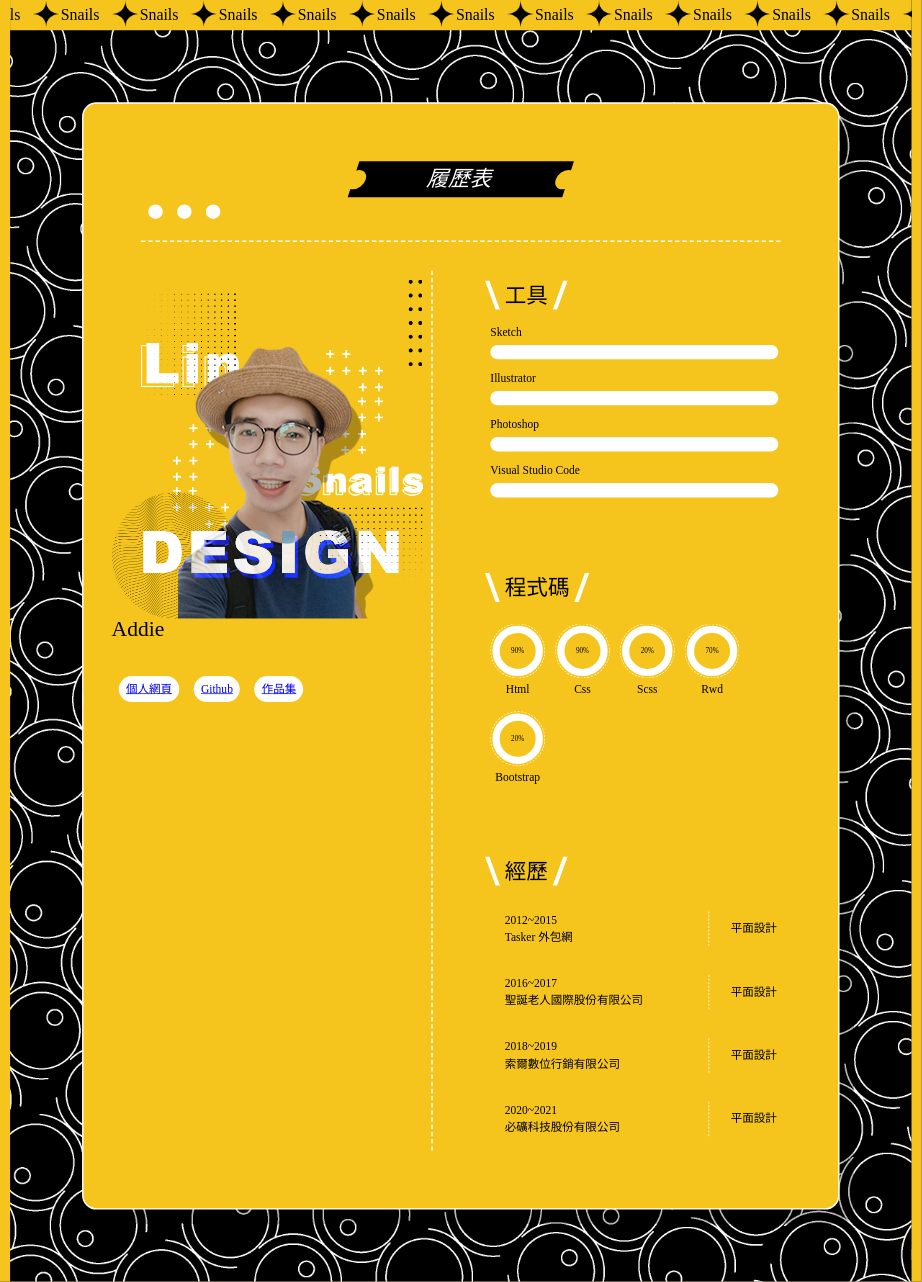
Repository: addie1988/resume
Page: index.html
The author's editor kept a copy of each file at every save. The page is drawn from the files as they stood at one save, then again after the next save.
The browser window is 1280 px wide. The pictures show the whole page, at 72% of full size.

Above is the page before, as saved 2021-11-24 11:53:47.
Not found: js/style.js

### index.html
<!DOCTYPE html>
<html lang="en">

<head>
    <meta charset="UTF-8">
    <meta http-equiv="X-UA-Compatible" content="IE=edge">
    <meta name="viewport" content="width=device-width, initial-scale=1.0">
    <title>ADDIE</title>
    <link rel="stylesheet" type="text/css" href="./css/style.css">
</head>

<body>

    <!-- personal -->
    <div class="personal">
        <!-- Carousel -->
        <div class="Carousel">
            <div class="Carousel_content" id="Carousel"></div>
        </div>
        <div class="personal_content">
            <!-- resume > 履歷 -->
            <div class="resume">
                <div class="resume_title">
                    <h1>履歷表</h1>
                </div>
                <div class="resume_content">
                    <ul>
                        <li></li>
                        <li></li>
                        <li></li>
                    </ul>
                </div>
                <!-- main -->
                <div class="main">
                    <!-- personal_information > 個人資訊 -->
                    <div class="personal_information">
                        <div class="personal_information_img"><img src="./images/Visualize1.png"></div>
                        <div class="name">
                            <h1>Addie</h1>
                        </div>
                        <!-- work -->
                        <div class="work">
                            <div class="work_contwnt">
                                <ul>
                                    <li><a href="#">個人網頁</a></li>
                                    <li><a href="#">Github</a></li>
                                    <li><a href="#">作品集</a></li>
                                </ul>
                            </div>
                        </div>
                    </div>


                    <!-- personal_experience > 個人經歷 -->
                    <div class="personal_experience">

                        <!-- Code -->
                        <div class="tool">
                            <div class="tool_content">
                                <h1>工具</h1>
                                <ul>
                                    <li>
                                        <p>Sketch</p>
                                        <span></span>
                                    </li>
                                    <li>
                                        <p>Illustrator</p>
                                        <span></span>
                                    </li>
                                    <li>
                                        <p>Photoshop</p>
                                        <span></span>
                                    </li>
                                    <li>
                                        <p>Visual Studio Code</p>
                                        <span></span>
                                    </li>
                                </ul>
                            </div>
                        </div>

                        <!-- Code -->
                        <div class="Code">
                            <div class="Code_content">
                                <h1>程式碼</h1>
                                <ul>
                                    <li>
                                        <div class="chart"><span><i>90%</i></span></div>
                                        <p>Html</p>
                                    </li>
                                    <li>
                                        <div class="chart"><span><i>90%</i></span></div>
                                        <p>Css</p>
                                    </li>
                                    <li>
                                        <div class="chart"><span><i>20%</i></span></div>
                                        <p>Scss</p>
                                    </li>
                                    <li>
                                        <div class="chart"><span><i>70%</i></span></div>
                                        <p>Rwd</p>
                                    </li>
                                    <li>
                                        <div class="chart"><span><i>20%</i></span></div>
                                        <p>Bootstrap</p>
                                    </li>
                                </ul>
                            </div>
                        </div>

                        <!-- work_experience -->
                        <div class="work_experience">
                            <div class="work_experience_content">
                                <h1>經歷</h1>
                                <ul>
                                    <li>
                                        <div class="work_experience_content_title">
                                            <p>2012~2015</p>
                                            <i>Tasker 外包網</i>
                                        </div>
                                        <span>
                                            <section>平面設計</section>
                                        </span>
                                    </li>
                                    <li>
                                        <div class="work_experience_content_title">
                                            <p>2016~2017</p>
                                            <i>聖誕老人國際股份有限公司</i>
                                        </div>
                                        <span>
                                            <section>平面設計</section>
                                        </span>
                                    </li>
                                    <li>
                                        <div class="work_experience_content_title">
                                            <p>2018~2019</p>
                                            <i>索爾數位行銷有限公司</i>
                                        </div>
                                        <span>
                                            <section>平面設計</section>
                                        </span>
                                    </li>
                                    <li>
                                        <div class="work_experience_content_title">
                                            <p>2020~2021</p>
                                            <i>必礦科技股份有限公司</i>
                                        </div>
                                        <span>
                                            <section>平面設計</section>
                                        </span>
                                    </li>
                                </ul>
                            </div>
                        </div>
                    </div>
                </div>
            </div>
        </div>
    </div>

    <!-- js -->
    <script src="./js/style.js"></script>
    <!-- jq -->
    <script src="https://cdnjs.cloudflare.com/ajax/libs/jquery/3.3.1/jquery.min.js"></script>
    <script>
        $('#Carousel').load("./Carousel.html #Carousel");
    </script>

</body>

</html>

### css/style.css
/* http://meyerweb.com/eric/tools/css/reset/
   v2.0 | 20110126
   License: none (public domain)
*/

html,
body,
div,
span,
applet,
object,
iframe,
h1,
h2,
h3,
h4,
h5,
h6,
p,
blockquote,
pre,
a,
abbr,
acronym,
address,
big,
cite,
code,
del,
dfn,
em,
img,
ins,
kbd,
q,
s,
samp,
small,
strike,
strong,
sub,
sup,
tt,
var,
b,
u,
i,
center,
dl,
dt,
dd,
ol,
ul,
li,
fieldset,
form,
label,
legend,
table,
caption,
tbody,
tfoot,
thead,
tr,
th,
td,
article,
aside,
canvas,
details,
embed,
figure,
figcaption,
footer,
header,
hgroup,
menu,
nav,
output,
ruby,
section,
summary,
time,
mark,
audio,
video {
  margin: 0;
  padding: 0;
  border: 0;
  font-size: 100%;
  font: inherit;
  vertical-align: baseline;
}
/* HTML5 display-role reset for older browsers */
article,
aside,
details,
figcaption,
figure,
footer,
header,
hgroup,
menu,
nav,
section {
  display: block;
}
body {
  line-height: 1;
}
ol,
ul {
  list-style: none;
}
blockquote,
q {
  quotes: none;
}
blockquote:before,
blockquote:after,
q:before,
q:after {
  content: "";
  content: none;
}
table {
  border-collapse: collapse;
  border-spacing: 0;
}

/* ---------------------------------------------------------------------------------------------------------------------- */

:root {
  --background-color: #f5c51d;
  --position: relative;
  --font-size: 16px;
  --padding: 100px;
  --color: white;
  --title_h1: 30px;
  --margin_Segmentation: 80px 0 0 0;
}

/* ---------------------------------------------------------------------------------------------------------------------- */

.personal {
  position: var(--position);
  background: url(../images/background.png);
  align-items: center;
  background-color: black;
  border-left: 14px solid var(--background-color);
  border-right: 14px solid var(--background-color);
}

/* Carousel */
.Carousel {
  position: var(--padding);
}

.Carousel_content {
  margin: 0 auto;
}

.Carousel_content ul {
  display: flex;
  overflow: hidden;
  background-color: var(--background-color);
  background-position: center;
}

.Carousel_content ul li {
  margin: 0 18px;
  padding: 10px;
  position: var(--position);
  font-family: serif;
  font-size: 22px;
  animation: Carousel_content_move 30s infinite;
  -webkit-animation: Carousel_content_move 30s infinite;
}

@keyframes Carousel_content_move {
    0% {
        transform: translateX(-2200px);
        -webkit-transform: translateX(-2200px);
        -moz-transform: translateX(-2200px);
        -ms-transform: translateX(-2200px);
        -o-transform: translateX(-2200px);
}
1000% {
    transform: translateX(0px);
    -webkit-transform: translateX(0px);
    -moz-transform: translateX(0px);
    -ms-transform: translateX(0px);
    -o-transform: translateX(0px);
}
}

.Carousel_content ul li::before {
  content: "";
  width: 37px;
  height: 37px;
  display: inline-block;
  background: url(../images/Carousel.png);
  position: absolute;
  left: -30px;
  top: 0px;
}

.personal_content {
  width: 100%;
  height: 100%;
  display: flex;
  justify-content: center;
}

/* resume > 履歷資訊 */
.resume {
  margin: 100px;
  padding: 80px;
  max-width: 900px;
  border: 2px solid white;
  position: var(--position);
  z-index: 77777;
  box-shadow: 20px 20px 0px 0px #0000003d;
  background-color: var(--background-color);
  border-radius: 20px;
  -webkit-border-radius: 20px;
  -moz-border-radius: 20px;
  -ms-border-radius: 20px;
  -o-border-radius: 20px;
}

/* resume_title */
.resume_title {
  display: flex;
  justify-content: center;
  position: relative;
  transform: skewX(-18deg);
  -webkit-transform: skewX(-18deg);
  -moz-transform: skewX(-18deg);
  -ms-transform: skewX(-18deg);
  -o-transform: skewX(-18deg);
}

.resume_title h1 {
  font-size: 30px;
  text-align: center;
  padding: 10px 60px;
  color: white;
  background-color: black;
  width: 20%;
  display: inline-block;
  position: var(--position);
}

.resume_title h1::before {
  content: "";
  width: 27px;
  height: 27px;
  display: inline-block;
  position: absolute;
  left: -10px;
  top: 12px;
  background-color: #f5c51d;
  border-radius: 50%;
  -webkit-border-radius: 50%;
  -moz-border-radius: 50%;
  -ms-border-radius: 50%;
  -o-border-radius: 50%;
}

.resume_title h1::after {
  content: "";
  width: 27px;
  height: 27px;
  display: inline-block;
  position: absolute;
  right: -10px;
  top: 12px;
  background-color: #f5c51d;
  border-radius: 50%;
  -webkit-border-radius: 50%;
  -moz-border-radius: 50%;
  -ms-border-radius: 50%;
  -o-border-radius: 50%;
}

.resume_content {
  margin: 0 auto;
  width: 100%;
  margin: 0 0 40px 0;
}

.resume_content ul {
  display: flex;
  padding: 0 0 20px 0;
  border-bottom: 2px dashed white;
}

.resume_content ul li {
  width: 20px;
  height: 20px;
  margin: 10px;
  display: inline-block;
  background-color: white;
  border-radius: 50%;
  -webkit-border-radius: 50%;
  -moz-border-radius: 50%;
  -ms-border-radius: 50%;
  -o-border-radius: 50%;
  transition: 1s ease-out;
  -webkit-transition: 1s ease-out;
  -moz-transition: 1s ease-out;
  -ms-transition: 1s ease-out;
  -o-transition: 1s ease-out;
}

.resume_content ul li:nth-child(1):hover {
  background-color: red;
}

.resume_content ul li:nth-child(2):hover {
  background-color: yellow;
}

.resume_content ul li:nth-child(3):hover {
  background-color: green;
}

/* ---------------------------------------------------------------------------------------------------------------------- */

/* main */
.main {
  display: flex;
  justify-content: center;
}

/* personal_information > 個人資訊 */

/* personal_information */
.personal_information {
  flex: 0 0 50%;
  max-width: 50%;
  border-right: 2px solid white;
  border-style: dashed;
  margin: 0 40px;
}

.personal_information_img {
  display: flex;
  justify-content: center;
}

.personal_information_img img {
  width: 100%;
  height: 100%;
}

/* ---------------------------------------------------------------------------------------------------------------------- */

/* personal_experience > 個人經歷 */
.personal_experience {
  flex: 0 0 50%;
  max-width: 50%;
  margin: 0 40px;
}

.name h1 {
  font-size: var(--title_h1);
}

/* ---------------------------------------------------------------------------------------------------------------------- */

/* work */
.work {
  position: var(--position);
}

.work_contwnt {
  margin: 40px auto;
}

.work_contwnt ul {
  display: flex;
  flex-wrap: wrap;
}

.work_contwnt ul li {
  margin-right: 10px;
  margin: 10px;
  padding: 10px;
  color: black;
  background-color: white;
  border-radius: 20px;
  -webkit-border-radius: 20px;
  -moz-border-radius: 20px;
  -ms-border-radius: 20px;
  -o-border-radius: 20px;
}

/* ---------------------------------------------------------------------------------------------------------------------- */

/* personal_experience > 個人經歷 */

/* tool */
.tool {
  position: var(--position);
}

.tool_contwnt {
  margin: var(--margin_Segmentation);
}

.tool_content h1 {
  font-size: var(--title_h1);
  position: var(--position);
  display: inline-block;
  padding: 20px;
}

.tool_content h1::before {
  content: "";
  width: 6px;
  height: 40px;
  display: inline-block;
  position: absolute;
  top: 20%;
  left: 0;
  background-color: white;
  transform: skewX(20deg);
  -webkit-transform: skewX(20deg);
  -moz-transform: skewX(20deg);
  -ms-transform: skewX(20deg);
  -o-transform: skewX(20deg);
}

.tool_content h1::after {
  content: "";
  width: 6px;
  height: 40px;
  display: inline-block;
  position: absolute;
  top: 20%;
  right: 0;
  background-color: white;
  transform: skewX(-20deg);
  -webkit-transform: skewX(-20deg);
  -moz-transform: skewX(-20deg);
  -ms-transform: skewX(-20deg);
  -o-transform: skewX(-20deg);
}

.tool_content ul {
  margin: var(--margin_Segmentation);
  margin: 0;
}

.tool_content ul li {
  line-height: 2;
}

.tool_content ul li span {
  width: 100%;
  height: 20px;
  display: inline-block;
  position: relative;
}

.tool_content ul li span::before {
  content: "";
  width: 0;
  height: 20px;
  display: inline-block;
  position: absolute;
  z-index: 4444;
  background-color: black;
  transition: 1s ease-out;
  -webkit-transition: 1s ease-out;
  -moz-transition: 1s ease-out;
  -ms-transition: 1s ease-out;
  -o-transition: 1s ease-out;
  border-radius: 20px;
  -webkit-border-radius: 20px;
  -moz-border-radius: 20px;
  -ms-border-radius: 20px;
  -o-border-radius: 20px;
}

.tool_content ul li:hover span::before {
  width: 100%;
}

.tool_content ul li:nth-child(1):hover span::before {
  width: 35%;
}

.tool_content ul li:nth-child(2):hover span::before {
  width: 85%;
}

.tool_content ul li:nth-child(3):hover span::before {
  width: 85%;
}

.tool_content ul li:nth-child(4):hover span::before {
  width: 35%;
}

.tool_content ul li span::after {
  content: "";
  width: 90%;
  height: 20px;
  display: inline-block;
  position: absolute;
  background-color: white;
  border-radius: 20px;
  -webkit-border-radius: 20px;
  -moz-border-radius: 20px;
  -ms-border-radius: 20px;
  -o-border-radius: 20px;
}

/* ---------------------------------------------------------------------------------------------------------------------- */

/* Code */
.Code {
  position: var(--position);
}

.Code_content {
  margin: var(--margin_Segmentation);
}

.Code_content h1 {
  font-size: var(--title_h1);
  position: var(--position);
  display: inline-block;
  padding: 20px;
}

.Code_content h1::before {
  content: "";
  width: 6px;
  height: 40px;
  display: inline-block;
  position: absolute;
  top: 20%;
  left: 0;
  background-color: white;
  transform: skewX(20deg);
  -webkit-transform: skewX(20deg);
  -moz-transform: skewX(20deg);
  -ms-transform: skewX(20deg);
  -o-transform: skewX(20deg);
}

.Code_content h1::after {
  content: "";
  width: 6px;
  height: 40px;
  display: inline-block;
  position: absolute;
  top: 20%;
  right: 0;
  background-color: white;
  transform: skewX(-20deg);
  -webkit-transform: skewX(-20deg);
  -moz-transform: skewX(-20deg);
  -ms-transform: skewX(-20deg);
  -o-transform: skewX(-20deg);
}

.Code_content ul {
  margin: var(--margin_Segmentation);
  display: flex;
  flex-wrap: wrap;
  margin: 0;
}

.Code_content ul li {
  margin: 14px 14px 0 0;
  line-height: 2;
}

.Code_content ul li .chart {
  border: 1px solid white;
  padding: 2px;
  border-style: dashed;
  border-radius: 50%;
  -webkit-border-radius: 50%;
  -moz-border-radius: 50%;
  -ms-border-radius: 50%;
  -o-border-radius: 50%;
}

.Code_content ul li .chart span {
  width: 70px;
  height: 70px;
  display: flex;
  justify-content: center;
  align-items: center;
  position: relative;
}

.Code_content ul li .chart span::before {
  content: "";
  width: 50px;
  height: 50px;
  display: none;
  position: absolute;
  top: 0;
  left: 0;
  z-index: 444;
  border-top: 10px solid black;
  border-left: 10px solid black;
  border-right: 10px solid black;
  border-bottom: 10px solid #f5c51d;
  border-radius: 50%;
  -webkit-border-radius: 10px solid #f5c51d;
  -moz-border-radius: 10px solid #f5c51d;
  -ms-border-radius: 10px solid #f5c51d;
  -o-border-radius: 10px solid #f5c51d;
  animation: chart_move 2s ease-out;
  -webkit-animation: chart_move 2s ease-out;
}

.Code_content ul li:nth-child(1) .chart span::before {
  border-top: 10px solid black;
  border-left: 10px solid black;
  border-right: 10px solid black;
  border-bottom: 10px solid #f5c51d;
}

.Code_content ul li:nth-child(2) .chart span::before {
  border-top: 10px solid black;
  border-left: 10px solid black;
  border-right: 10px solid black;
  border-bottom: 10px solid #f5c51d;
}

.Code_content ul li:nth-child(3) .chart span::before {
  border-top: 10px solid black;
  border-left: 10px solid #f5c51d;
  border-right: 10px solid #f5c51d;
  border-bottom: 10px solid #f5c51d;
}

.Code_content ul li:nth-child(4) .chart span::before {
  border-top: 10px solid black;
  border-left: 10px solid black;
  border-right: 10px solid #f5c51d;
  border-bottom: 10px solid #f5c51d;
}

.Code_content ul li:nth-child(5) .chart span::before {
  border-top: 10px solid black;
  border-left: 10px solid #f5c51d;
  border-right: 10px solid #f5c51d;
  border-bottom: 10px solid #f5c51d;
}

.Code_content ul li:hover .chart span::before {
  display: block;
}

@keyframes chart_move {
  0% {
    opacity: 0;
    transform: rotate(0);
    -webkit-transform: rotate(0);
    -moz-transform: rotate(0);
    -ms-transform: rotate(0);
    -o-transform: rotate(0);
  }
  100% {
    opacity: 1;
    transform: rotate(360deg);
    -webkit-transform: rotate(360deg);
    -moz-transform: rotate(360deg);
    -ms-transform: rotate(360deg);
    -o-transform: rotate(360deg);
  }
}

.Code_content ul li .chart span::after {
  content: "";
  width: 50px;
  height: 50px;
  display: inline-block;
  position: absolute;
  top: 0;
  left: 0;
  border: 10px solid white;
  border-radius: 50%;
  -webkit-border-radius: 50%;
  -moz-border-radius: 50%;
  -ms-border-radius: 50%;
  -o-border-radius: 50%;
}

.Code_content ul li .chart span i {
  font-size: 10px;
}

.Code_content ul li p {
  text-align: center;
}

/* ---------------------------------------------------------------------------------------------------------------------- */

/* work_experience */
.work_experience {
  position: var(--position);
}

.work_experience_content {
  margin: var(--margin_Segmentation);
}

.work_experience_content h1 {
  font-size: var(--title_h1);
  position: var(--position);
  display: inline-block;
  padding: 20px;
}

.work_experience_content h1::before {
  content: "";
  width: 6px;
  height: 40px;
  display: inline-block;
  position: absolute;
  top: 20%;
  left: 0;
  background-color: white;
  transform: skewX(20deg);
  -webkit-transform: skewX(20deg);
  -moz-transform: skewX(20deg);
  -ms-transform: skewX(20deg);
  -o-transform: skewX(20deg);
}

.work_experience_content h1::after {
  content: "";
  width: 6px;
  height: 40px;
  display: inline-block;
  position: absolute;
  top: 20%;
  right: 0;
  background-color: white;
  transform: skewX(-20deg);
  -webkit-transform: skewX(-20deg);
  -moz-transform: skewX(-20deg);
  -ms-transform: skewX(-20deg);
  -o-transform: skewX(-20deg);
}

.work_experience_content ul {
  margin: var(--margin_Segmentation);
  margin: 0;
}

.work_experience_content ul li {
  line-height: 1.5;
  display: flex;
  padding: 20px;
  flex-wrap: wrap;
  overflow: hidden;
  transition: 1s ease-out;
  -webkit-transition: 1s ease-out;
  -moz-transition: 1s ease-out;
  -ms-transition: 1s ease-out;
  -o-transition: 1s ease-out;
}

.work_experience_content ul li:hover {
  border-radius: 50px;
  -webkit-border-radius: 50px;
  -moz-border-radius: 50px;
  -ms-border-radius: 50px;
  -o-border-radius: 50px;
  animation: work_experience_content_move 3s ease-out;
  -webkit-animation: work_experience_content_move 3s ease-out;
}

@keyframes work_experience_content_move {
  0% {
    background-color: #f5c51d;
  }
  25% {
    background-color: aquamarine;
  }
  50% {
    background-color: slateblue;
  }
  100% {
    background-color: black;
  }
}

.work_experience_content ul li:hover .work_experience_content_title {
  color: white;
  border-right: 1px dashed white;
}

.work_experience_content ul li:hover .work_experience_content_title p {
  color: white;
}

.work_experience_content ul li .work_experience_content_title {
  width: 70%;
  border-right: 1px solid white;
  border-style: dashed;
  color: black;
}

.work_experience_content ul li .work_experience_content_title p {
  color: black;
}

.work_experience_content ul li span {
  display: flex;
  align-items: center;
}

.work_experience_content ul li span section {
  margin-left: 30px;
}

.work_experience_content ul li:hover span section {
  color: white;
}

@media screen and (max-width: 900px) {
  .main {
    flex-wrap: wrap;
  }

  .personal_information {
    flex: 0 0 100%;
    max-width: 100%;
  }

  .personal_experience {
    flex: 0 0 100%;
    max-width: 100%;
  }
}

Loaded but not shown: Carousel.html (35 lines, source omitted)

After the next save:
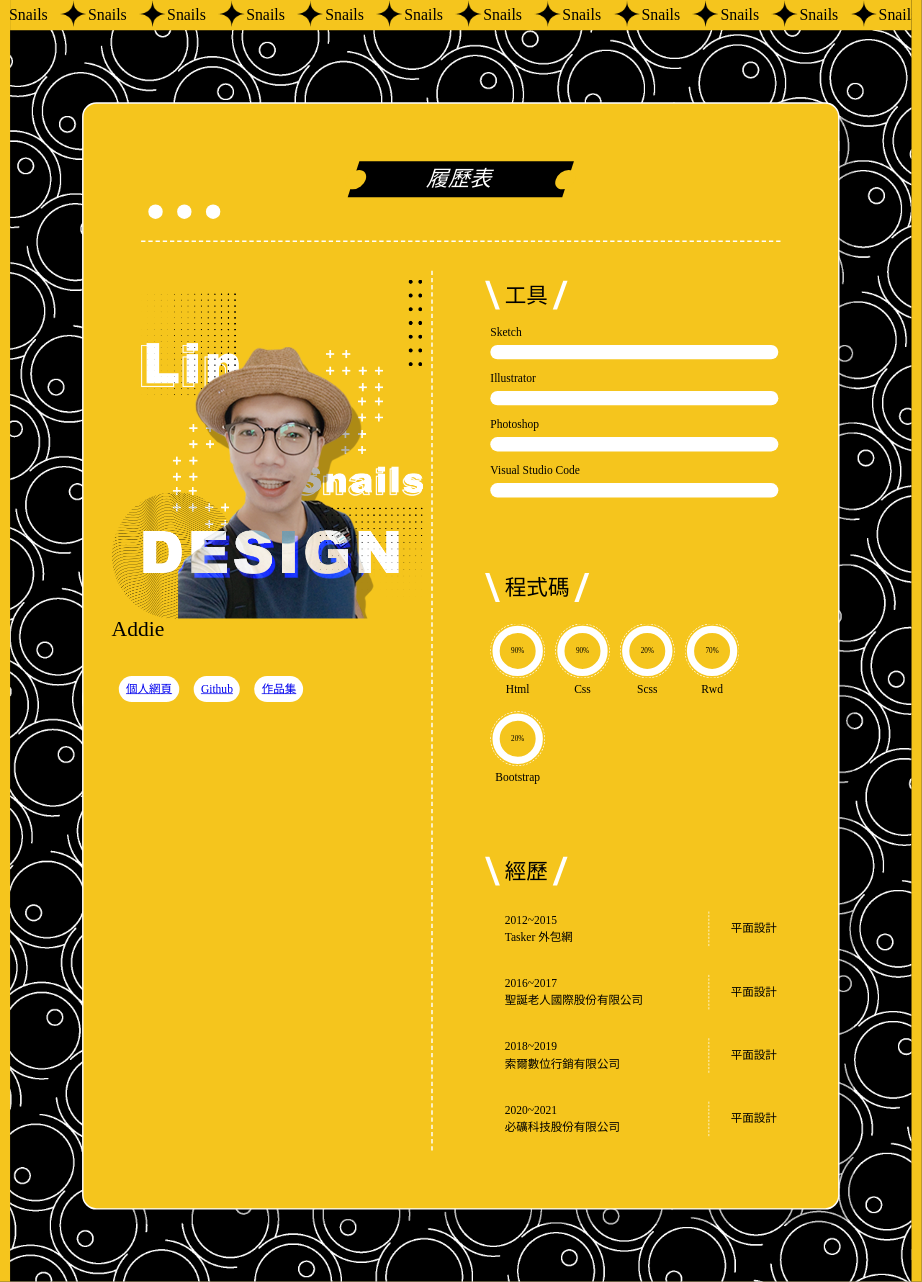
Saved 13 s later.
--- a/css/style.css
+++ b/css/style.css
@@ -173,8 +173,8 @@ table {
   position: var(--position);
   font-family: serif;
   font-size: 22px;
-  animation: Carousel_content_move 30s infinite;
-  -webkit-animation: Carousel_content_move 30s infinite;
+  animation: Carousel_content_move 90s infinite;
+  -webkit-animation: Carousel_content_move 90s infinite;
 }
 
 @keyframes Carousel_content_move {
